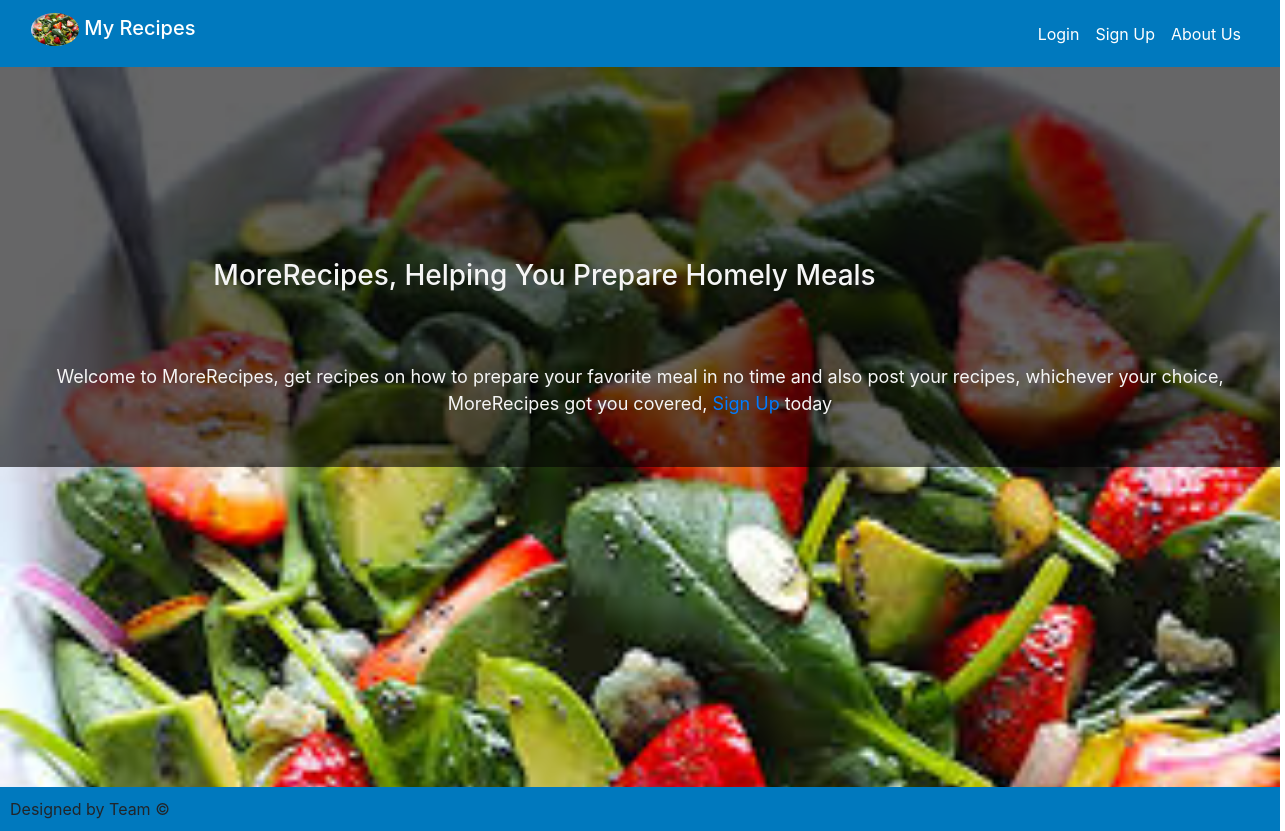
Repository: UggoPrince/more-recipes
Page: html/index.html
These files come from the project's save history. The page is drawn as it stood at one moment and after the next save; the edit follows.
The browser window is 1280 px wide. The page is 1285 px wide, so the pictures cover 1285 px, including what lies to the right of the window. The pictures show the whole page.

Above is the page before, as saved 2018-07-30 07:26:00.

### html/index.html
<html lang="en">
<head>
  <meta charset="UTF-8">
  <meta name="viewport" content="width=device-width, initial-scale=1.0">
  <meta http-equiv="X-UA-Compatible" content="ie=edge">
  <link rel="stylesheet" href="https://maxcdn.bootstrapcdn.com/bootstrap/4.0.0/css/bootstrap.min.css" integrity="sha384-Gn5384xqQ1aoWXA+058RXPxPg6fy4IWvTNh0E263XmFcJlSAwiGgFAW/dAiS6JXm" crossorigin="anonymous"/>
  <style>
    main {
      background-color: rgba(0, 0, 3, 0.6);
      color: whitesmoke;
    }
    div#content {
      background-size: 100vw;
      background-repeat: no-repeat;
      background-image: url(../img/nav-image.jpg);
      background-size: cover;
      height: 100vh;
      background-repeat: no-repeat;
    }
    nav {
      background-color: #0079be;
      color: white;
    }
    .nav-link {
      color: white;
    }
  </style>
  <title>My Recipes Homepage</title>
</head>
<body>
  <nav class="xnav navbar navbar-expand-lg">
    <div class="container-fluid">
      <h3 style="color: white;" class="navbar-brand">
        <img class="rounded-circle" src="../img/nav-image.jpg" style="width: 48px;" alt="logo"/>
        My Recipes
      </h3>
      <button class="navbar-toggler" type="button" data-toggle="collapse" aria-controls="navDropdown" aria-expanded="false" aria-label="Toggle Navigation" data-target="#navDropdown" >
        <span class="navbar-toggler-icon"></span>
      </button>
      <div class="collapse navbar-collapse justify-content-end brand-anchor" id="navDropdown">
        <ul class="navbar-nav">
          <li class="nav-item">
            <a class="nav-link" href="login.html">Login</a>
          </li>
          <li class="nav-item">
            <a class="nav-link" href="signup.html">Sign Up</a>
          </li>
          <li class="nav-item">
            <a class="nav-link" href="about.html">About Us</a>
          </li>
        </ul>
      </div>
    </div>
  </nav>
  <div id="content">
    <main class="container-fluid">
      <div class="row">
        <div class="offset-2 col-8;" style="margin-top: 15%;">
            <h3>MoreRecipes, Helping You Prepare Homely Meals</h3>
        </div>
      </div>
      <center>
        <div style="padding-top: 5%; padding-bottom: 4%; font-size: 18px;">
          Welcome to MoreRecipes, get recipes on how to prepare your favorite meal in no time and also post your recipes, whichever your choice, MoreRecipes got you covered, <a href="signup.html">Sign Up</a> today
        </div>
      </center>
    </main>
  </div>
  <footer class="container-fluid" style="background-color: #0079be; padding: 10px;">
    <div class="row">
      <div class="col-4">Designed by Team &copy;</div>
    </div>
  </footer>
</body>
</html>

After the next save:
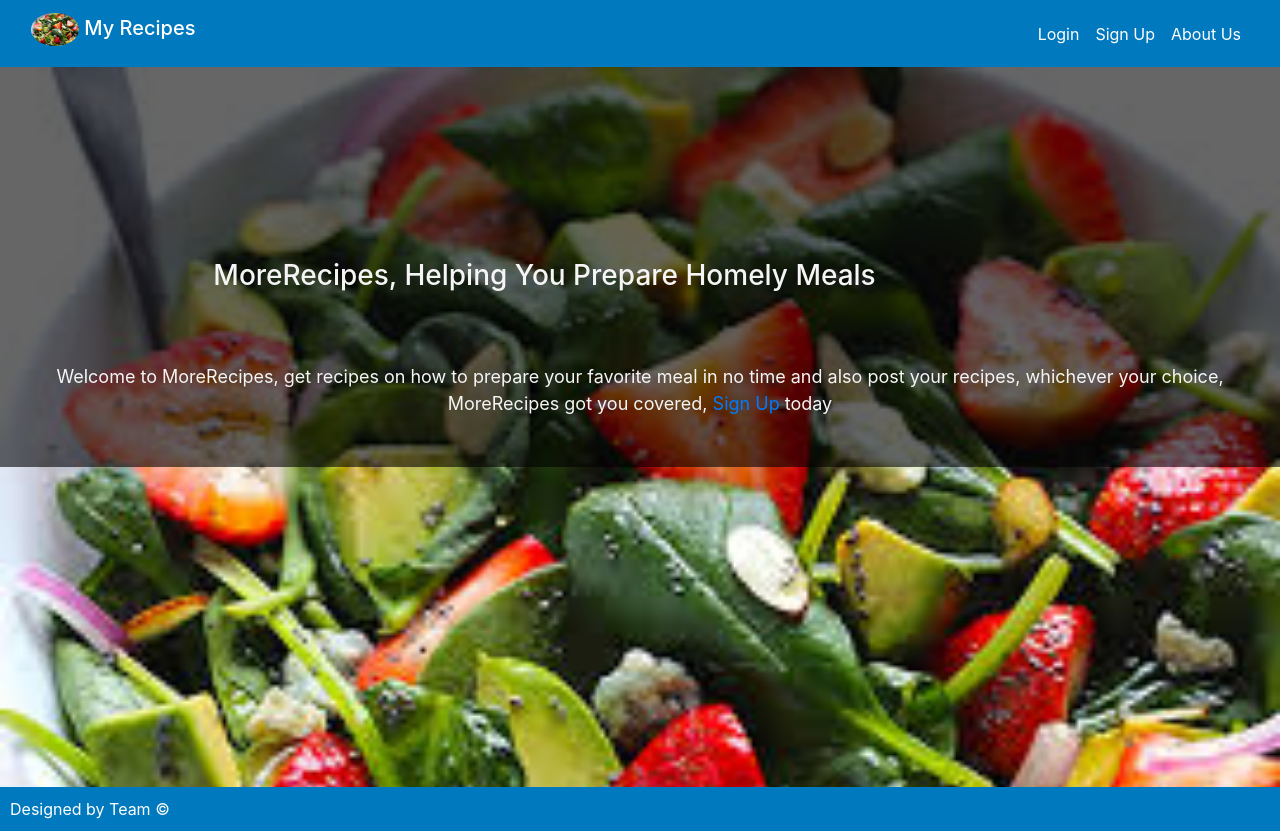
Saved 4 min 42 s later.
--- a/html/index.html
+++ b/html/index.html
@@ -67,7 +67,7 @@
     </main>
   </div>
   <footer class="container-fluid" style="background-color: #0079be; padding: 10px;">
-    <div class="row">
+    <div class="row" style="color: white;">
       <div class="col-4">Designed by Team &copy;</div>
     </div>
   </footer>
